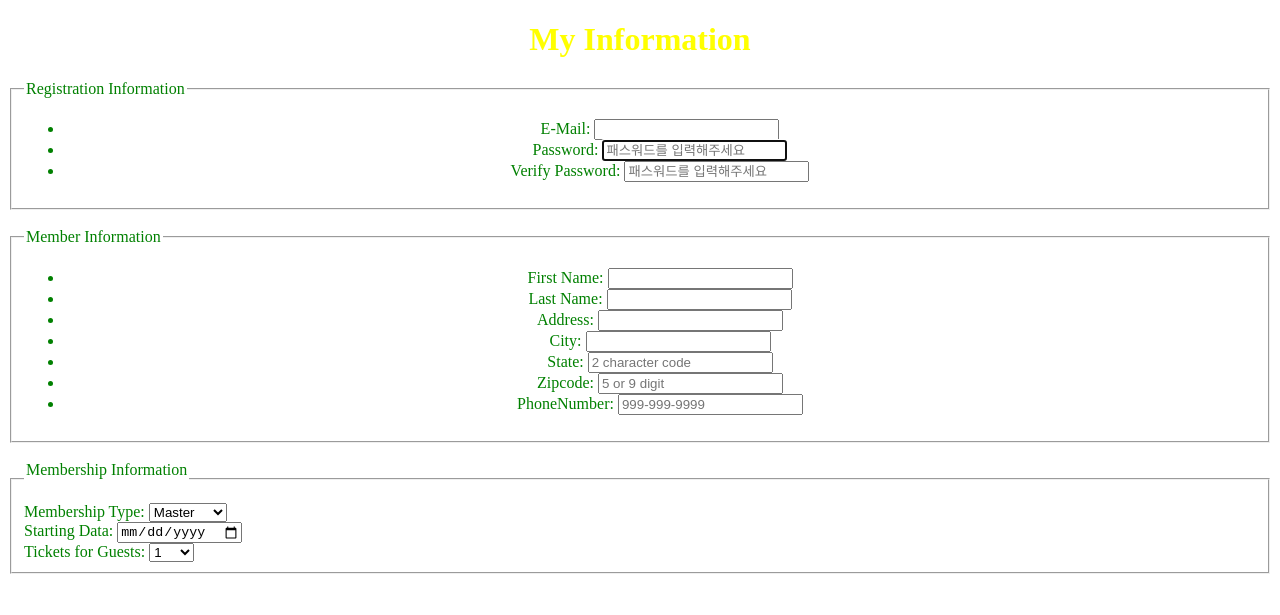
Repository: hyungju2/SSAFY_JavaPractice
Page: 20190211_HTML/web_java/HTMLProject/WebContent/html/hwfront01_서울_6반_이형주.html
An editor plug-in stored every save of this project. The page is shown before and after the next save, followed by the edit.
The browser window is 1280 px wide. The pictures show the whole page.

Above is the page before, as saved 2019-02-11 09:09:00.

After the next save:
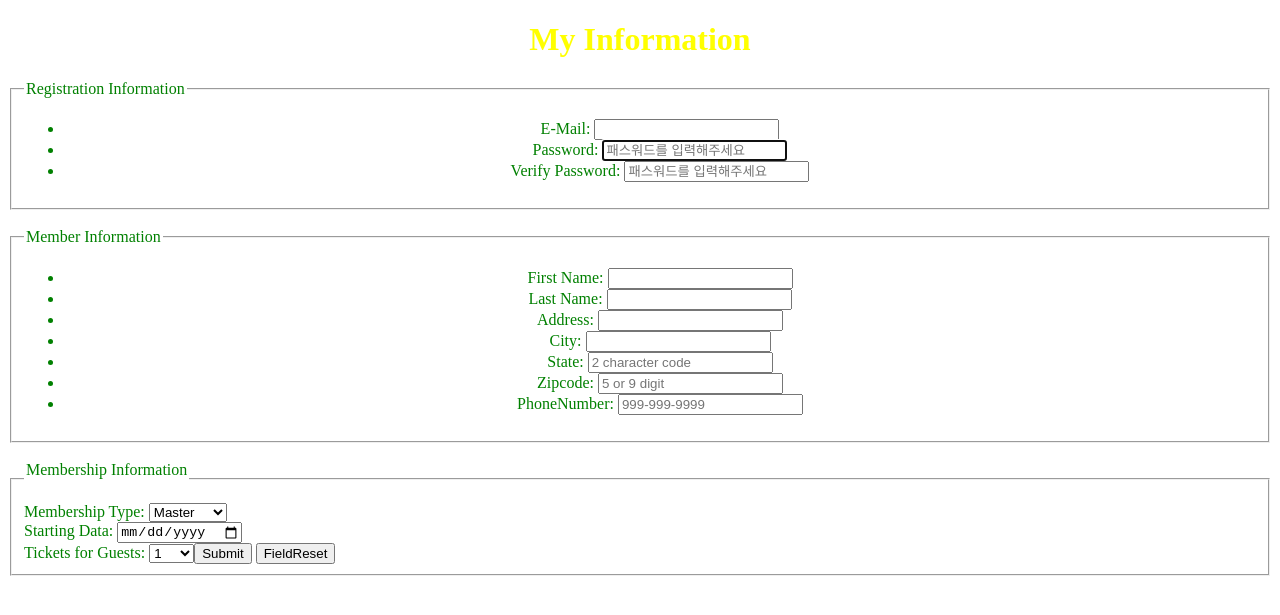
Saved 14 s later.
--- a/20190211_HTML/web_java/HTMLProject/WebContent/html/hwfront01_서울_6반_이형주.html
+++ b/20190211_HTML/web_java/HTMLProject/WebContent/html/hwfront01_서울_6반_이형주.html
@@ -76,5 +76,12 @@
 	</fieldset>
 	<br>
 
+		<fieldset>
+	<legend>
+		<font color="green">Submit your info <br> <br>
+		<input type="submit" value="Submit">
+		<input type="reset" value="FieldReset">
+	</legend>
+	</fieldset>
 </body>
 </html>
